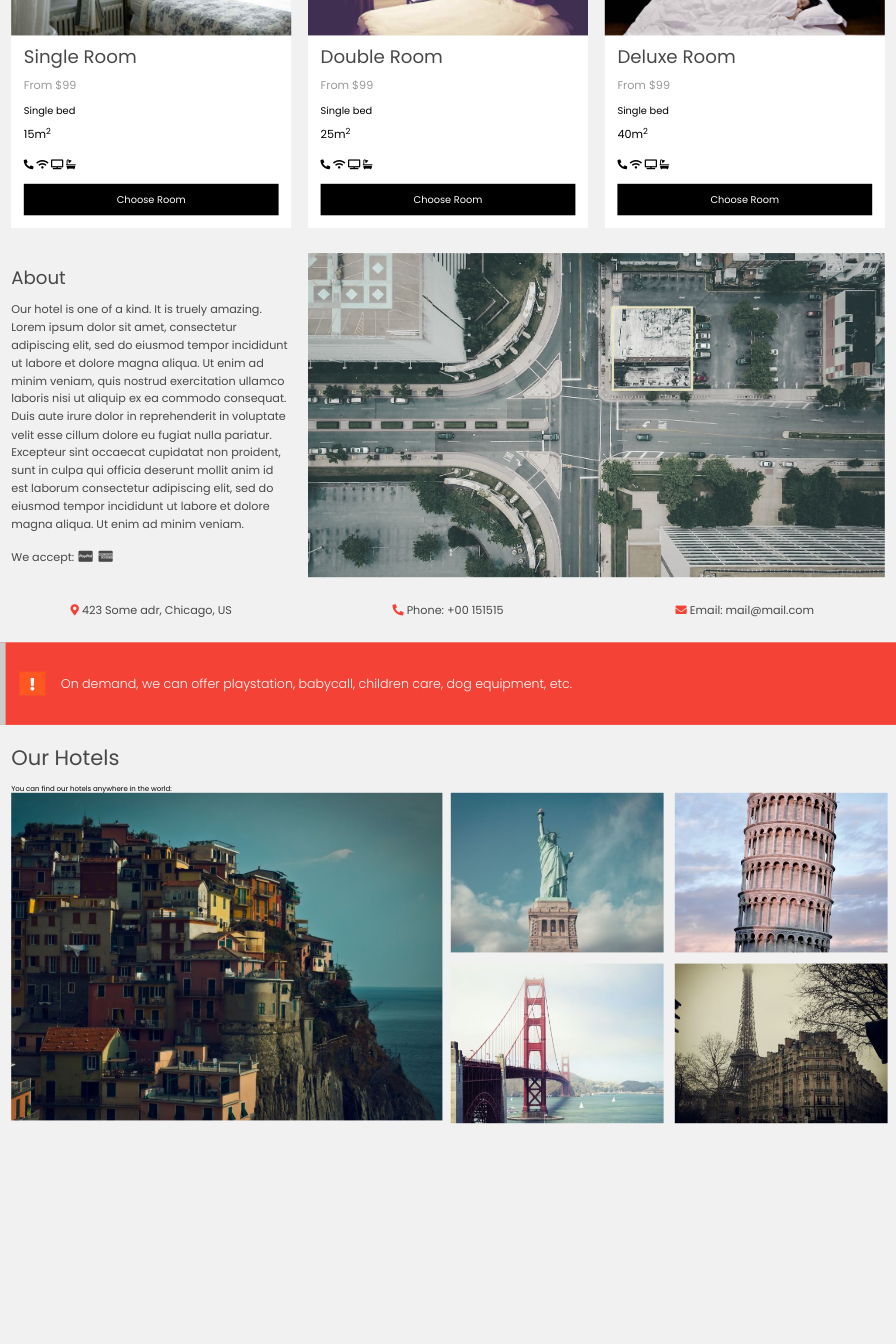
Repository: phamhuuloc/Travel_Template
Page: index.html
These files come from the project's save history. The page is drawn as it stood at one moment and after the next save; the edit follows.
The browser window is 1280 px wide. The pictures show the part of the page from y = 1192 to 3112 px (the page is 3112 px tall before and 3108 px after), at 70% of full size.
The style sheet was rebuilt from its Sass, Less or Tailwind sources for each picture, by a compiler version that may differ from the author's.

Above is the page before, as saved 2021-09-18 11:56:05.

After the next save:
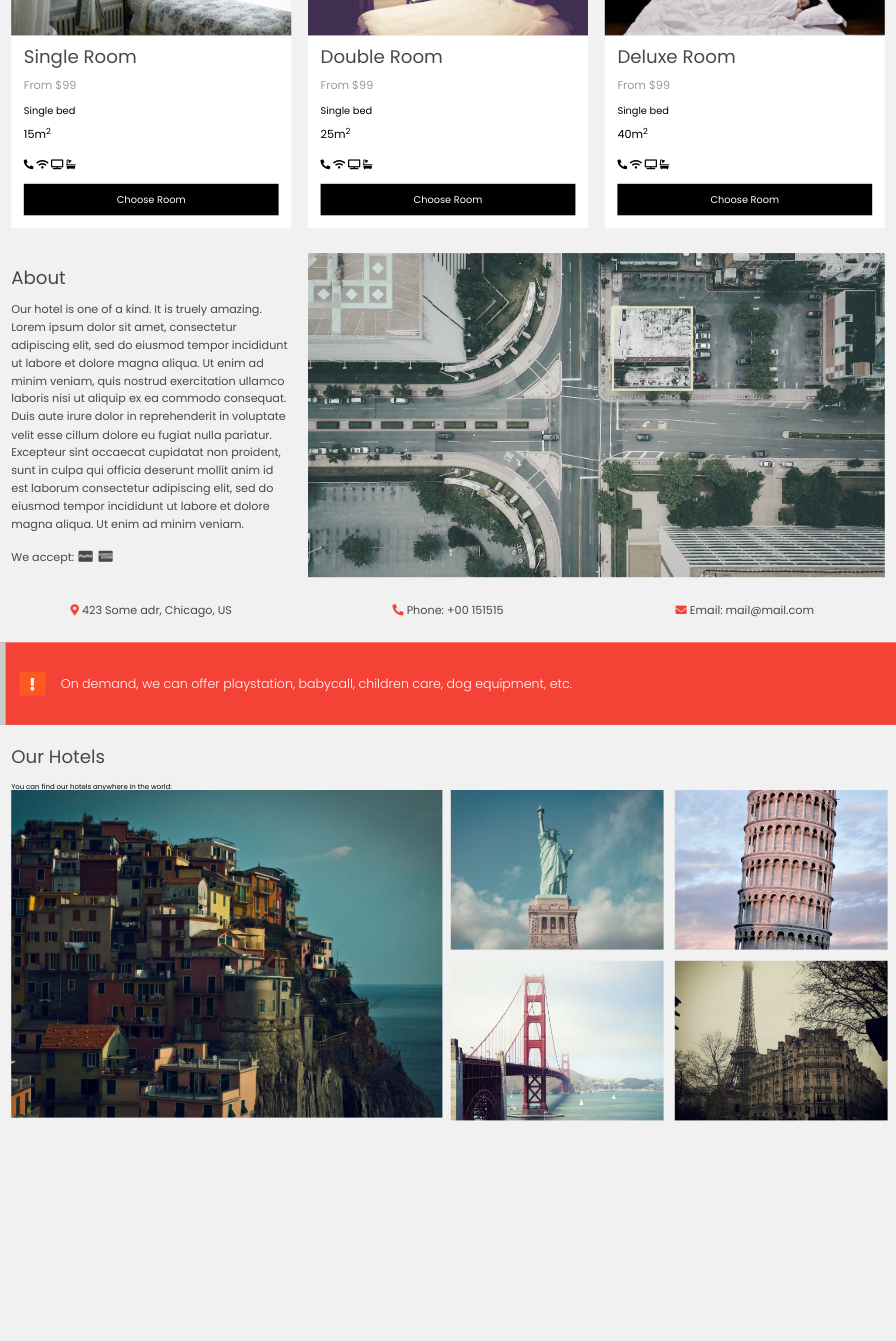
Saved 9 s later.
--- a/assets/main.scss
+++ b/assets/main.scss
@@ -293,7 +293,7 @@ sup {
 .our-hotels {
   padding: 0 1.6rem;
   &__title {
-    font-size: 3rem;
+    font-size: 2.6rem;
     color: $text-color;
     margin-bottom: 2.5rem;
   }
